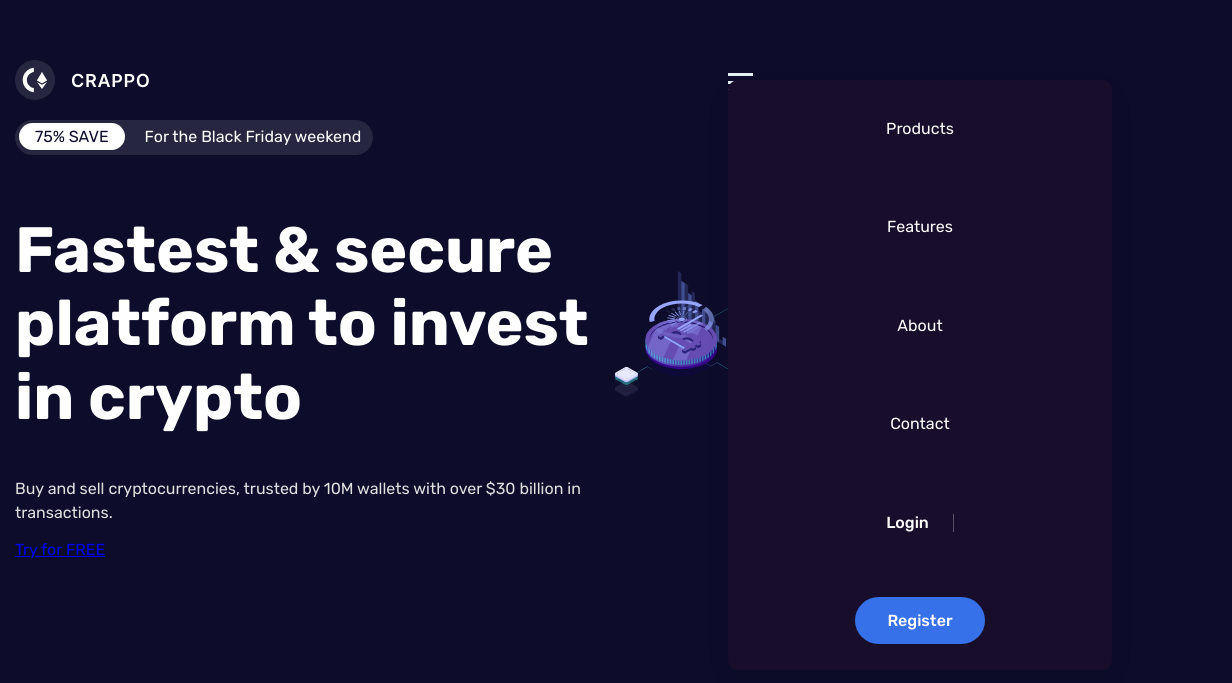
Repository: shtepaa/project-works.github.io
Page: crappo/index.html
The author's editor kept a copy of each file at every save. The page is drawn from the files as they stood at one save, then again after a run of saves.
The browser window is 768 px wide. The page is 1232 px wide, so the pictures cover 1232 px, including what lies to the right of the window. The pictures show the whole page.

Above is the page before, as saved 2021-11-02 16:20:11.

After the next 2 saves:
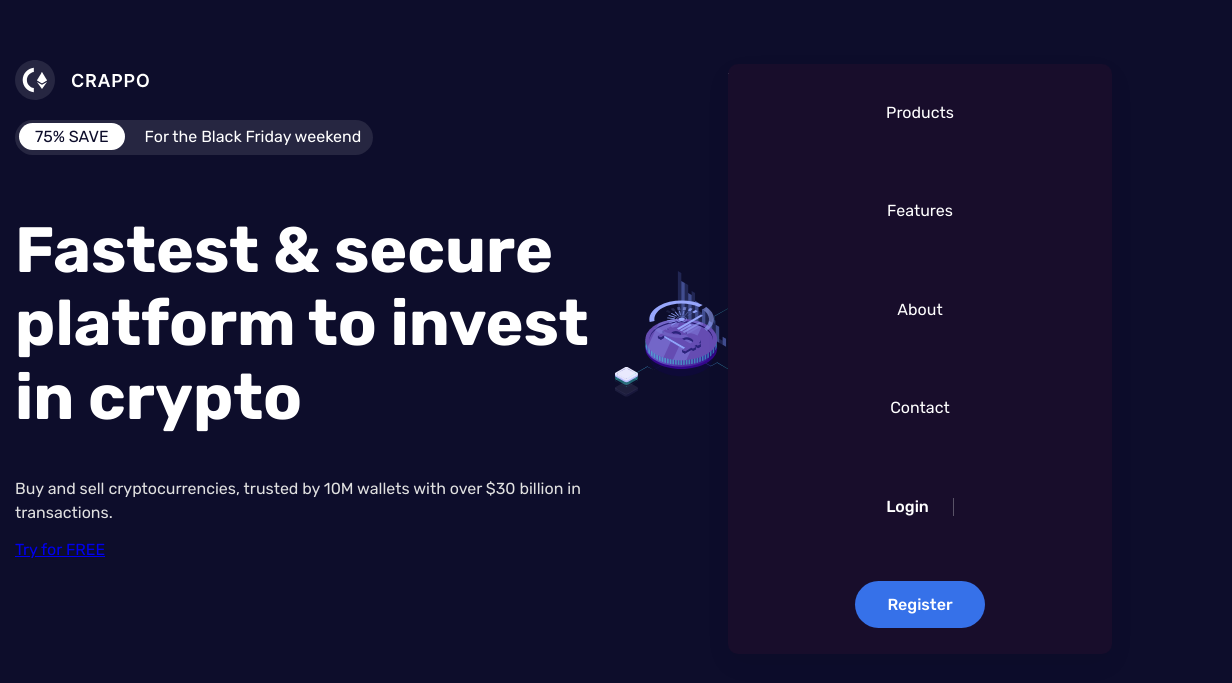
The 2 saves are shown as one change because they came seconds apart.
The last was saved 43 s later.
--- a/crappo/styles/style.css
+++ b/crappo/styles/style.css
@@ -133,7 +133,7 @@ body {
     .nav {
         position: fixed;
         /* left: 100%; */
-        top: 5rem;
+        top: 4rem;
         flex-direction: column;
         background-color: rgb(24, 13, 43);
         width: 50%;
